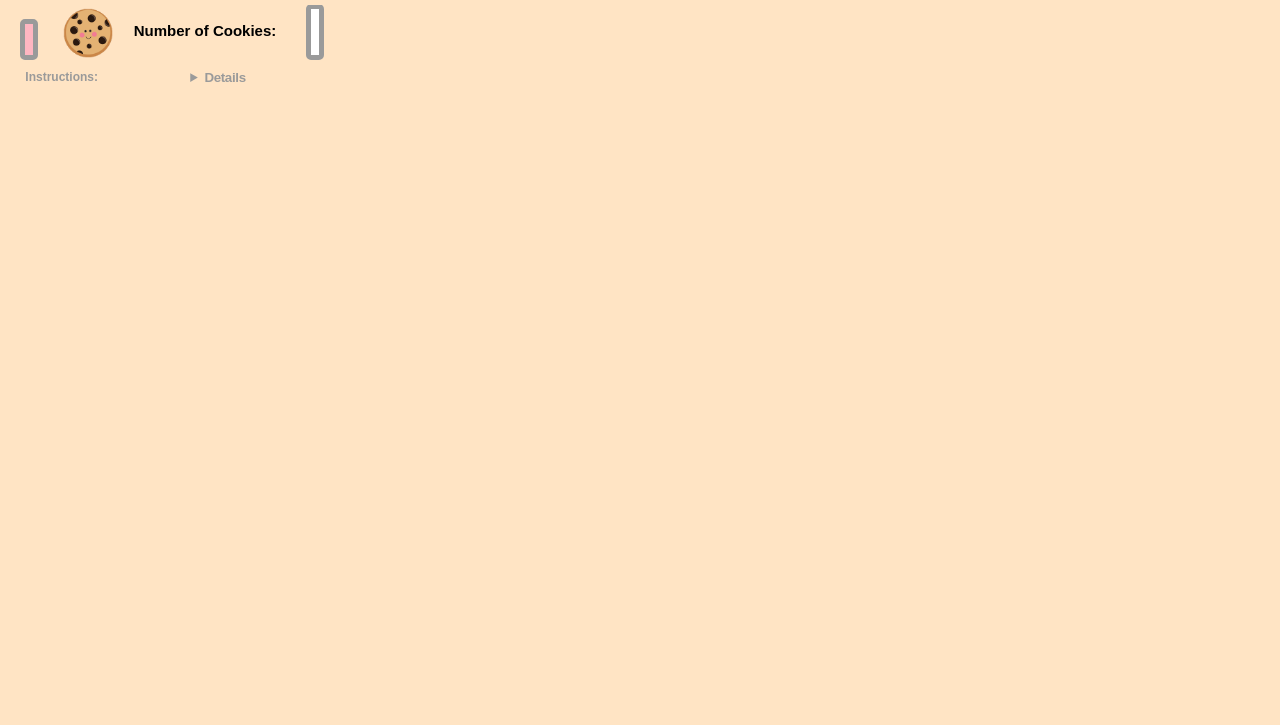
Repository: f00d4tehg0dz/elgato-streamdeck-cookie-clicker
Page: com.f00d4tehg0dz.cookieclicker.sdPlugin/cookieclicker.html
These files come from the project's save history. The page is drawn as it stood at one moment and after a run of saves; the edit follows.
The browser window is 1280 px wide. The pictures show the whole page.

Above is the page before, as saved 2022-01-28 12:13:29.

### com.f00d4tehg0dz.cookieclicker.sdPlugin/cookieclicker.html
<!DOCTYPE html>
<html>

<head>
    <meta charset="utf-8"/>
    <title>com.f00d4tehg0dz.cookieclicker</title>
    <link rel="stylesheet" href="css/sdpi.css">
    <link rel="stylesheet" href="css/styles.css">
    <script src="js/jquery-3.3.1.js"></script>
    <script src="js/common.js"></script>

</head>

<body>
<div class="sdpi-wrapper">
    <div class="sdpi-item">
        <div id="cookieTitle"></div>
        <div id="cookie" onclick="updateButton()">
            <img src="icon-animate.gif" width="50px"/>
        </div>
        <br>
        <h2>Number of Cookies:</h2>
        <div id="cookieNumbers"></div>
    </div>
    <div class="sdpi-item">
        <div class="sdpi-item-label">Instructions</div>
        <details class="sdpi-item-value">
            <p>Click the cookie to make more cookies<br>
            Cookie Title upgrades as you reach cookie clicker milestones <br></p>
            <p>You can learn more about this plugin by visiting its Github
                page by <a
                        href="#"
                        onclick="openGithub()">clicking here.</a>
        </details>
    </div>
</div>

<script>
    let uuid = "",
        actionName = "";

    if ($SD) {
        $SD.on('connected', function (jsonObj) {
            uuid = jsonObj['uuid'];
            if (jsonObj.hasOwnProperty('actionInfo')) {
                actionName = jsonObj.actionInfo.action;
            }
            let settings = $SD.actionInfo.payload.settings;
        });
    }

    $(document).ready(function () {

        $("#updateButton").click(function () {
            // Sending the saved settings to the plugin from property inspector.

            if ($SD && $SD.connection) {
                let payload = {};
                payload.updateClick = updateClick;

                $SD.api.sendToPlugin(uuid, actionName, payload);
            }
        });
        function openGithub() {
            $SD.api.openUrl($SD.actionInfo.context, "https://github.com/f00d4tehg0dz/Doge-Coin-Plugin-for-Eglato-Streamdeck")
    }
    });

</script>

</body>

</html>

### com.f00d4tehg0dz.cookieclicker.sdPlugin/css/styles.css
body {
  padding-top: 5px;
  font-family: Arial;
  background-color: bisque;
  margin: auto;
  text-align: center;
  display: block;
}

p {
  display: block;
  font-size: 10px;
  color: black;
  display: block;
  margin: 5px;
}

h2 {
  display: block;
  font-size: 15px;
  color: black;
  display: block;
  margin: 5px;
}

br {   content: "A" !important;
    display: block !important;
    margin-bottom: 1.5em !important;
}

#cookieNumbers {
  display: block;
  margin: auto;
  text-align:center;
  padding-top: 20px;
  margin-bottom: 5px;
  font-size: 10px;
  border:5px solid;
  border-radius:5px;
  background-color:white;
  height:25px;
}

#cookieTitle {
  display: block;
  margin: auto;
  text-align:center;
  padding-top: 5px;
  margin-bottom: 5px;
  font-size: 10px;
  border:5px solid;
  border-radius:5px;
  background-color:lightpink;
  height:25px;
}

Loaded but not shown: com.f00d4tehg0dz.cookieclicker.sdPlugin/js/jquery-3.3.1.js (library); com.f00d4tehg0dz.cookieclicker.sdPlugin/js/common.js (1200 lines, source omitted); com.f00d4tehg0dz.cookieclicker.sdPlugin/css/sdpi.css (1482 lines, source omitted)

After the next 2 saves:
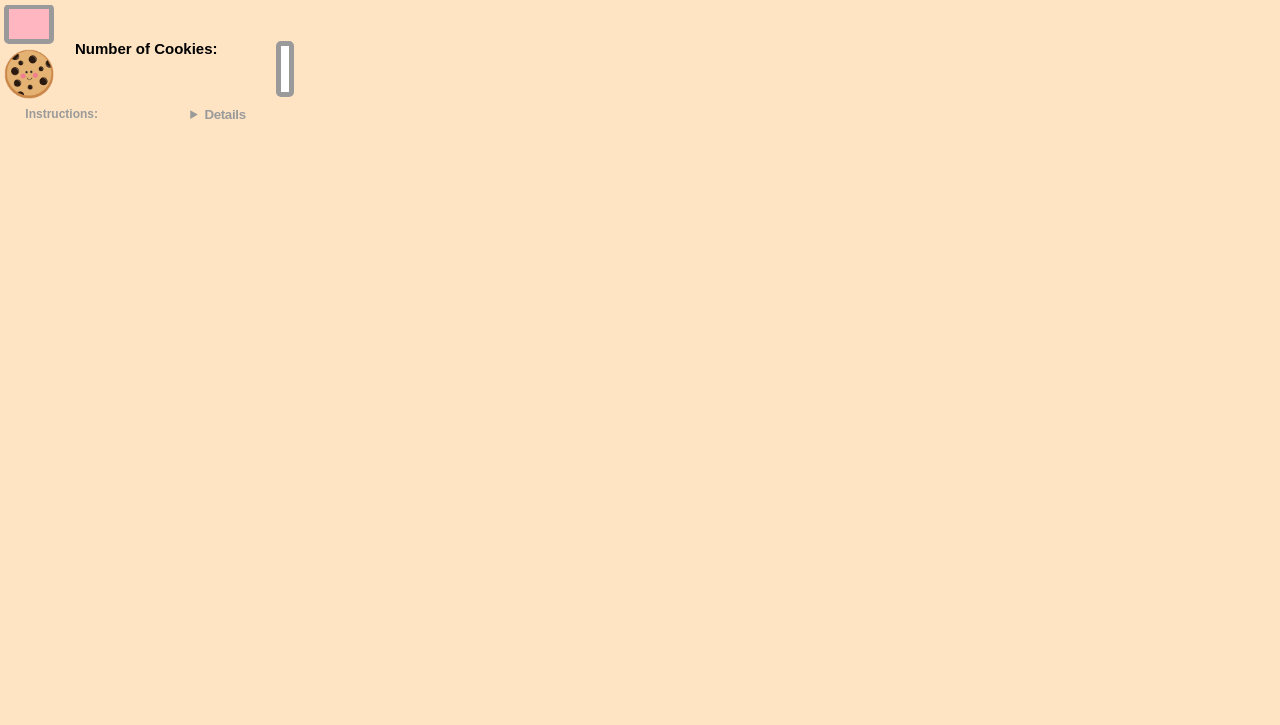
The 2 saves are shown as one change because they came seconds apart.
The last was saved 6 s later.
--- a/com.f00d4tehg0dz.cookieclicker.sdPlugin/cookieclicker.html
+++ b/com.f00d4tehg0dz.cookieclicker.sdPlugin/cookieclicker.html
@@ -14,10 +14,12 @@
 <body>
 <div class="sdpi-wrapper">
     <div class="sdpi-item">
+        <span>
         <div id="cookieTitle"></div>
         <div id="cookie" onclick="updateButton()">
             <img src="icon-animate.gif" width="50px"/>
         </div>
+    </span>
         <br>
         <h2>Number of Cookies:</h2>
         <div id="cookieNumbers"></div>
